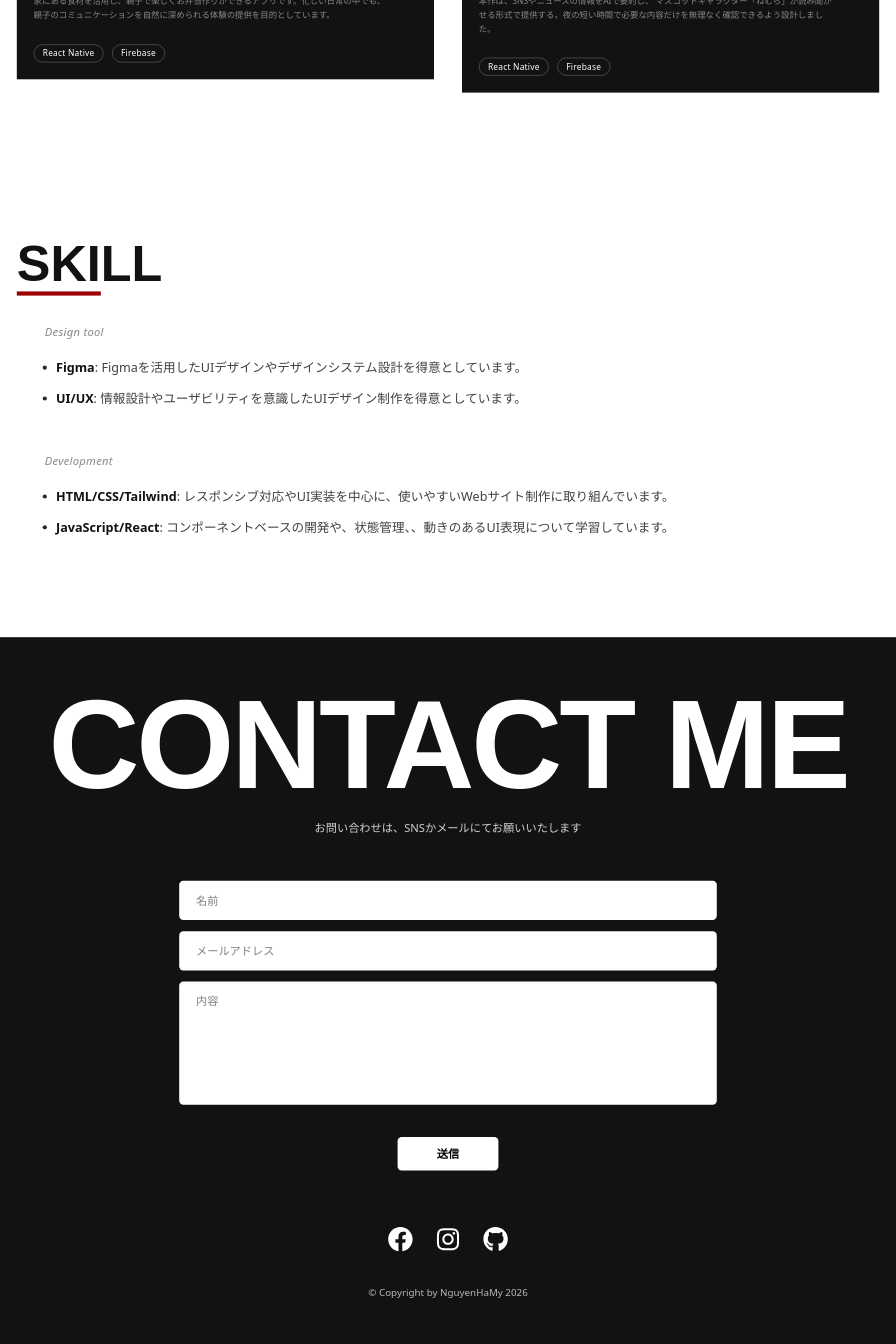
Repository: meme2603/Portfolio-HaMy
Page: / (app in my-portfolio/)
The author's editor kept a copy of each file at every save. The page is drawn from the files as they stood at one save, then again after the next save.
The browser window is 1280 px wide. The pictures show the part of the page from y = 4466 to 6386 px (the page is 6386 px tall before and 6362 px after), at 70% of full size.
Some web fonts or font styles are not loaded; a fallback is used. The project was rebuilt for these pictures with package versions that can differ from the ones it lists, and the page was loaded fresh each time. Also part of the build but not shown: my-portfolio/vite.config.js.

Above is the page before, as saved 2026-05-29 14:51:11.

After the next save:
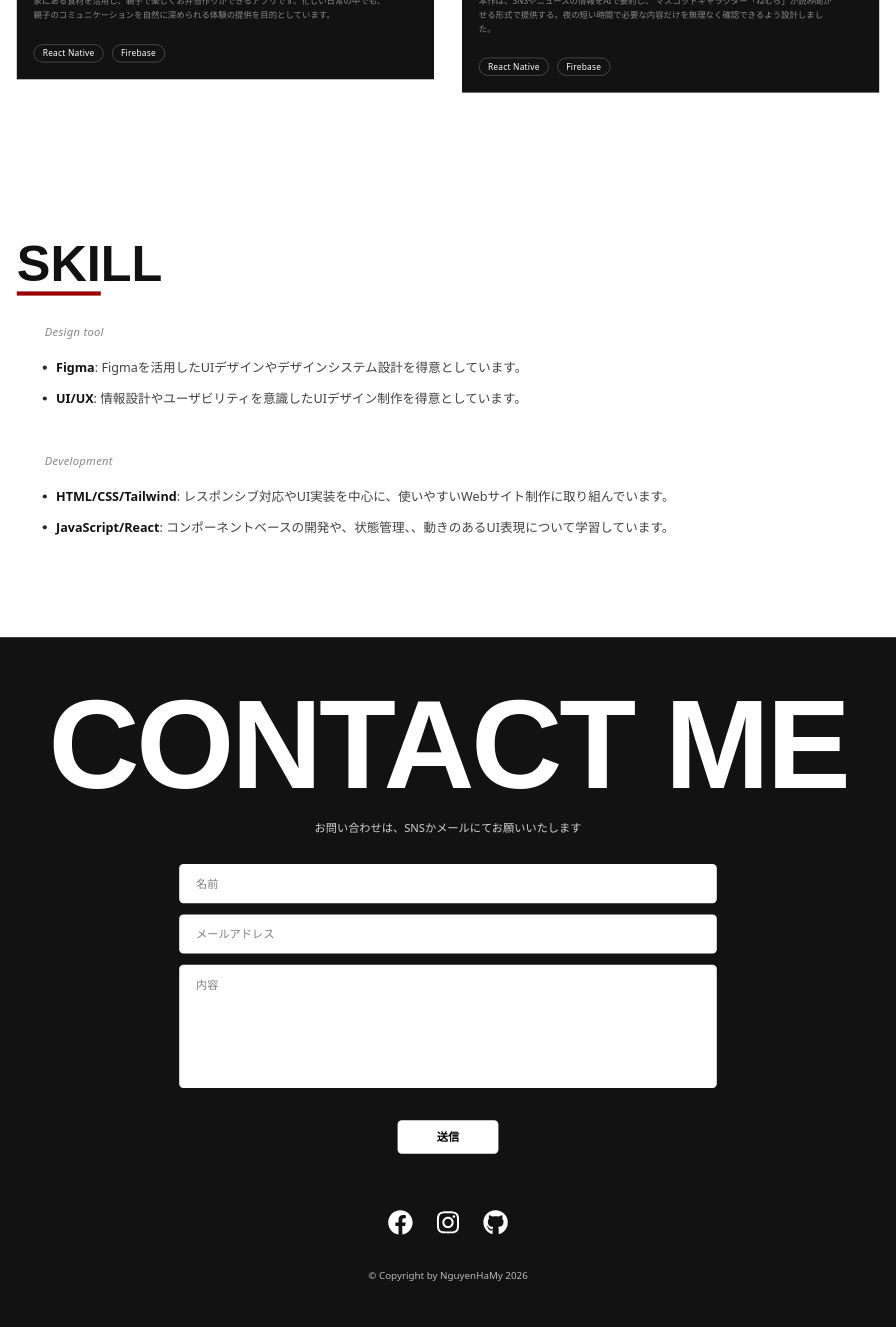
Saved 6 s later.
--- a/my-portfolio/src/components/Contact.jsx
+++ b/my-portfolio/src/components/Contact.jsx
@@ -26,7 +26,7 @@ function Contact() {
                 md:text-base
                 text-white/80
                 mt-4
-                mb-16
+                mb-10
                 "
         >
           お問い合わせは、SNSかメールにてお願いいたします
